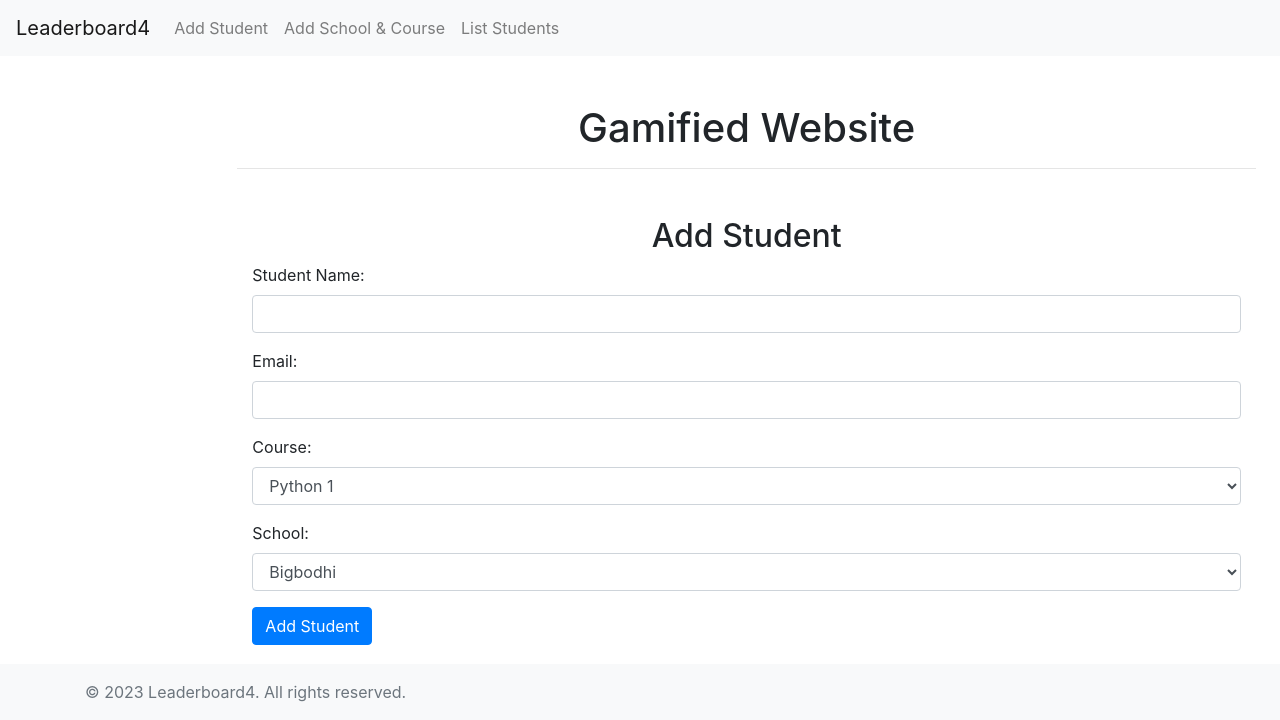
Repository: bigbodhiacademy/gBoard
Page: http://localhost/add_student.php
An editor plug-in stored every save of this project. The page is shown before and after the next save, followed by the edit.
The browser window is 1280 px wide. The pictures show the whole page.
The page is run by PHP 8.4 with error messages shown; the project is at /var/www/html/. The database holds what the project's SQL file puts in it.

Above is the page before, as saved 2023-04-20 17:47:38.

### add_student.php
<?php require_once 'functions.php'; ?>

<?php include 'header.php'; ?>

<main role="main" class="col-md-9 ml-sm-auto col-lg-10 px-4">
        <h1 class="text-center mt-5">Gamified Website</h1>
        <hr>
<div class="container mt-5">
    <h2 class="text-center">Add Student</h2>
    <form action="functions.php" method="post">
        <input type="hidden" name="action" value="add_student">
        <div class="form-group">
            <label for="student_name">Student Name:</label>
            <input type="text" class="form-control" name="student_name" id="student_name" required>
        </div>
        <div class="form-group">
            <label for="email">Email:</label>
            <input type="email" class="form-control" name="email" id="email" required>
        </div>
        <div class="form-group">
            <label for="course_id">Course:</label>
            <select class="form-control" name="course_id" id="course_id" required>
                <?php
                $courses = getCourses();
                foreach ($courses as $course) {
                    echo '<option value="' . $course['id'] . '">' . $course['name'] . '</option>';
                }
                ?>
            </select>
        </div>
        <div class="form-group">
            <label for="school_id">School:</label>
            <select class="form-control" name="school_id" id="school_id" required>
                <?php
                $schools = getSchools();
                foreach ($schools as $school) {
                    echo '<option value="' . $school['id'] . '">' . $school['name'] . '</option>';
                }
                ?>
            </select>
        </div>
        <button type="submit" class="btn btn-primary">Add Student</button>
    </form>
</div>
</main>

<?php include 'footer.php'; ?>

### functions.php
<?php
include 'db_connection.php';

if ($_SERVER['REQUEST_METHOD'] == 'POST') {
  if (isset($_POST['action'])) {
      $action = $_POST['action'];
      if ($action == 'add_student') {
          $name = $_POST['name'];
          $email = $_POST['email'];
          $course_id = $_POST['course_id'];
          $school_id = $_POST['school_id'];
          echo "post";
          addStudent($name, $email, $course_id, $school_id);
          header('Location: add_student.php?message=Student+Added');
          exit();
      } elseif ($action == 'add_course') {
          $course_name = $_POST['course_name'];
          $course_description = $_POST['course_description'];
          addCourse($course_name, $course_description);
          header('Location: add_course.php?message=Course+Added');
          exit();
      }elseif ($action == 'add_school') {
        $school_name = $_POST['school_name'];
        $location = $_POST['location'];
        addSchool($school_name, $location);
        header('Location: add_school_course.php?message=School+Added');
        exit();
    }
  }
}

function addSchool($school_name, $location) {
  $conn = getConnection();

  $stmt = $conn->prepare("INSERT INTO schools (name, location) VALUES (?, ?)");
  $stmt->bind_param("ss", $school_name, $location);

  $stmt->execute();

  $stmt->close();
  $conn->close();
}

function getSchools() {
  global $conn;
  $schools = array();

  $query = "SELECT * FROM schools";
  $result = mysqli_query($conn, $query);

  if (mysqli_num_rows($result) > 0) {
      while ($row = mysqli_fetch_assoc($result)) {
          $schools[] = $row;
      }
  }

  return $schools;
}


function addCourse($course_name, $course_description) {
  global $conn;
  $date_added = date('Y-m-d');
  $sql = "INSERT INTO courses (name, description, date_added) VALUES (?, ?, ?)";

  $stmt = $conn->prepare($sql);
  $stmt->bind_param("sss", $course_name, $course_description, $date_added);
  $stmt->execute();
  $stmt->close();
  $conn->close();
}

function getStudentsWithCourseName() {
  $students = array();
  global $conn;

  $sql = "SELECT students.id, students.name, students.email, courses.name as course_name
          FROM students
          INNER JOIN courses ON students.course_id = courses.id";

  $result = $conn->query($sql);

  if ($result->num_rows > 0) {
      while ($row = $result->fetch_assoc()) {
          $students[] = $row;
      }
  }
  $conn->close();

  return $students;
}

function addStudent($name, $email, $course_id, $school_id) {
  global $conn;
  echo "add student";
  print_r($name, $email, $course_id, $school_id);
  $stmt = $conn->prepare("INSERT INTO students (name, email, course_id, school_id) VALUES (?, ?, ?, ?)");
  $stmt->bind_param("ssii", $name, $email, $course_id, $school_id);

  $stmt->execute();

  $stmt->close();
  $conn->close();
}


function editStudent($id, $name, $email, $course_id) {
  global $conn;

  $stmt = $conn->prepare("UPDATE students SET name = ?, email = ?, course_id = ? WHERE id = ?");
  $stmt->bind_param("ssii", $name, $email, $course_id, $id);

  return $stmt->execute();
}

function deleteStudent($id) {
  global $conn;

  $stmt = $conn->prepare("DELETE FROM students WHERE id = ?");
  $stmt->bind_param("i", $id);

  return $stmt->execute();
}


function getStudents() {
  global $conn;

  $result = $conn->query("SELECT * FROM students");
  return $result->fetch_all(MYSQLI_ASSOC);
}

function getCourses() {
  global $conn;

  $result = $conn->query("SELECT * FROM courses");
  return $result->fetch_all(MYSQLI_ASSOC);
}




?>

### db_connection.php
<?php
$servername = "localhost"; // Replace with your MySQL server address if it's not "localhost"
$username = "root"; // Replace with your MySQL username
$password = ""; // Replace with your MySQL password
$dbname = "leaderboard4";

// Create connection
$conn = new mysqli($servername, $username, $password, $dbname);

// Check connection
if ($conn->connect_error) {
  die("Connection failed: " . $conn->connect_error);
}
?>

### header.php
<!DOCTYPE html>
<html lang="en">
<head>
    <meta charset="UTF-8">
    <meta name="viewport" content="width=device-width, initial-scale=1.0">
    <title>Leaderboard4</title>
    <link rel="stylesheet" href="https://maxcdn.bootstrapcdn.com/bootstrap/4.5.2/css/bootstrap.min.css">
    <script src="https://ajax.googleapis.com/ajax/libs/jquery/3.5.1/jquery.min.js"></script>
    <script src="https://cdnjs.cloudflare.com/ajax/libs/popper.js/1.16.0/umd/popper.min.js"></script>
    <script src="https://maxcdn.bootstrapcdn.com/bootstrap/4.5.2/js/bootstrap.min.js"></script>
    <link rel="stylesheet" href="styles.css">
</head>
<body>

<nav class="navbar navbar-expand-lg navbar-light bg-light">
  <a class="navbar-brand" href="index.php">Leaderboard4</a>
  <button class="navbar-toggler" type="button" data-toggle="collapse" data-target="#navbarNav" aria-controls="navbarNav" aria-expanded="false" aria-label="Toggle navigation">
    <span class="navbar-toggler-icon"></span>
  </button>
  <div class="collapse navbar-collapse" id="navbarNav">
    <ul class="navbar-nav">
      <li class="nav-item">
        <a class="nav-link" href="add_student.php">Add Student</a>
      </li>
      <li class="nav-item">
        <a class="nav-link" href="add_school_course.php">Add School & Course</a>
      </li>
      <li class="nav-item">
        <a class="nav-link" href="list_students.php">List Students</a>
      </li>
    </ul>
  </div>
</nav>

### footer.php
<footer class="footer mt-auto py-3 bg-light">
  <div class="container">
    <span class="text-muted">&copy; 2023 Leaderboard4. All rights reserved.</span>
  </div>
</footer>

</body>
</html>

### styles.css
html {
    height: 100%;
  }

  body {
    display: flex;
    flex-direction: column;
    min-height: 100%;
  }

### leaderboard4.sql (the tables this page reads)
CREATE TABLE `courses` (
  `id` int(11) NOT NULL,
  `name` varchar(255) NOT NULL,
  `description` text NOT NULL,
  `date_added` date NOT NULL
) ENGINE=InnoDB DEFAULT CHARSET=utf8mb4;

INSERT INTO `courses` (`id`, `name`, `description`, `date_added`) VALUES
(1, 'Python 1', 'Core Python ', '2023-04-20'),
(2, 'IoT', 'Internet', '2023-04-20'),
(3, 'IoT 2', 'Internet', '2023-04-20');

ALTER TABLE `courses`
  ADD PRIMARY KEY (`id`);

ALTER TABLE `courses`
  MODIFY `id` int(11) NOT NULL AUTO_INCREMENT, AUTO_INCREMENT=4;

CREATE TABLE `schools` (
  `id` int(11) NOT NULL,
  `name` varchar(255) NOT NULL,
  `location` varchar(255) NOT NULL
) ENGINE=InnoDB DEFAULT CHARSET=utf8mb4;

INSERT INTO `schools` (`id`, `name`, `location`) VALUES
(1, 'Bigbodhi', 'Nehru'),
(2, 'Palli', 'Cbe');

ALTER TABLE `schools`
  ADD PRIMARY KEY (`id`);

ALTER TABLE `schools`
  MODIFY `id` int(11) NOT NULL AUTO_INCREMENT, AUTO_INCREMENT=3;

After the next save:
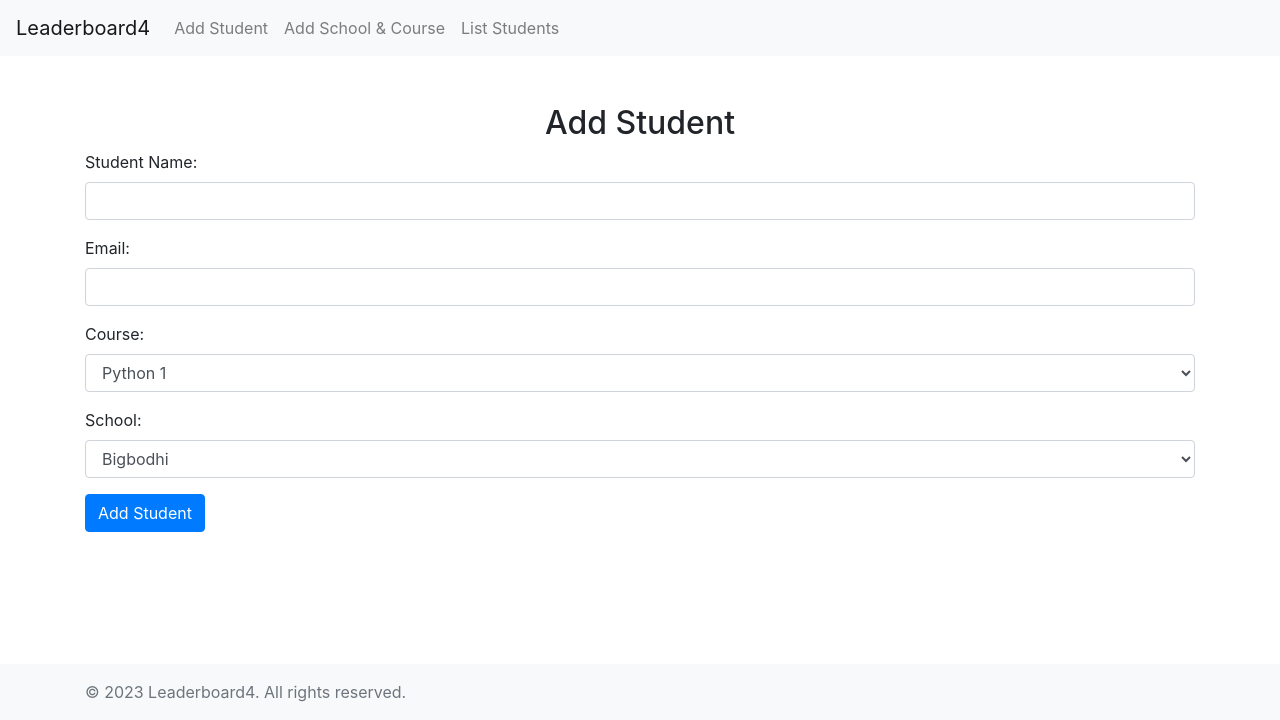
Saved 13 s later.
--- a/add_student.php
+++ b/add_student.php
@@ -2,9 +2,7 @@
 
 <?php include 'header.php'; ?>
 
-<main role="main" class="col-md-9 ml-sm-auto col-lg-10 px-4">
-        <h1 class="text-center mt-5">Gamified Website</h1>
-        <hr>
+
 <div class="container mt-5">
     <h2 class="text-center">Add Student</h2>
     <form action="functions.php" method="post">
@@ -42,6 +40,6 @@
         <button type="submit" class="btn btn-primary">Add Student</button>
     </form>
 </div>
-</main>
+
 
 <?php include 'footer.php'; ?>
